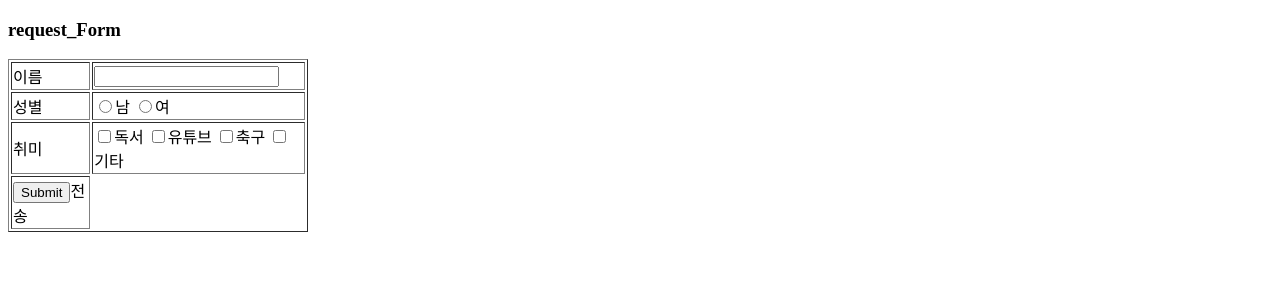
Repository: SouthSea0613/401_Unauthorized_java
Page: http://localhost/model1_1st/request1.jsp
These files come from the project's save history. The page is drawn as it stood at one moment and after the next save; the edit follows.
The browser window is 1280 px wide. The pictures show the whole page.
The page is served by Tomcat 9.

Above is the page before, as saved 2024-12-02 03:04:32.

After the next save:
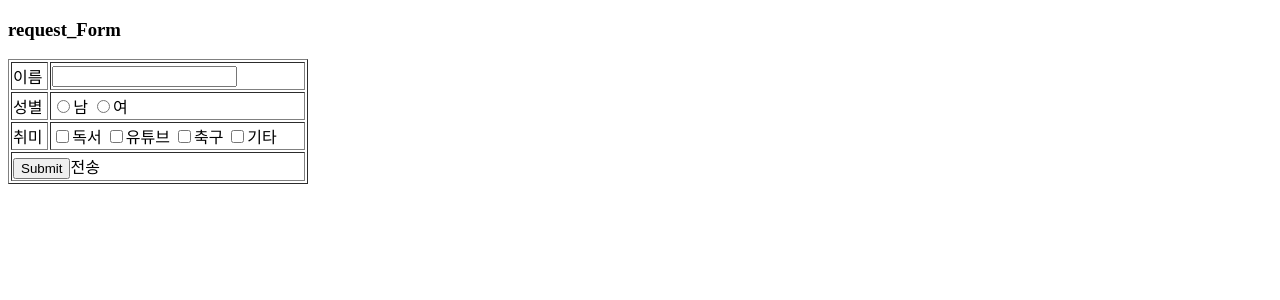
Saved 27 s later.
--- a/model1_1st/src/main/webapp/request1.jsp
+++ b/model1_1st/src/main/webapp/request1.jsp
@@ -28,7 +28,7 @@
 		</td>
 		</tr>
 		<tr>
-		<td><input type="submit">전송</td>
+		<td colspan="2"><input type="submit">전송</td>
 
 		</tr>
 	</table>
